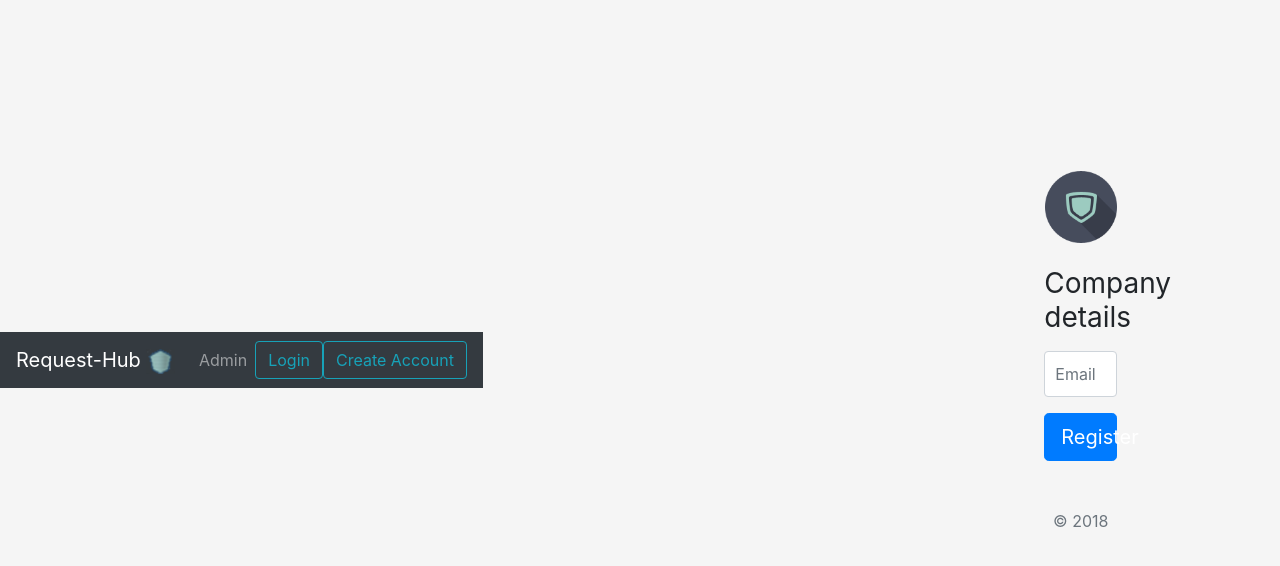
Repository: DonWhelan/Request-Hub
Page: http://localhost/newCompanyForm.php
The author's editor kept a record of every edit. The page is drawn from the files as they stood at one moment, then again after the next edit.
The browser window is 1280 px wide. The pictures show the whole page.
The page is run by PHP 8.4 with error messages shown; the project is at /var/www/html/.

Above is the page before.

After the next edit:
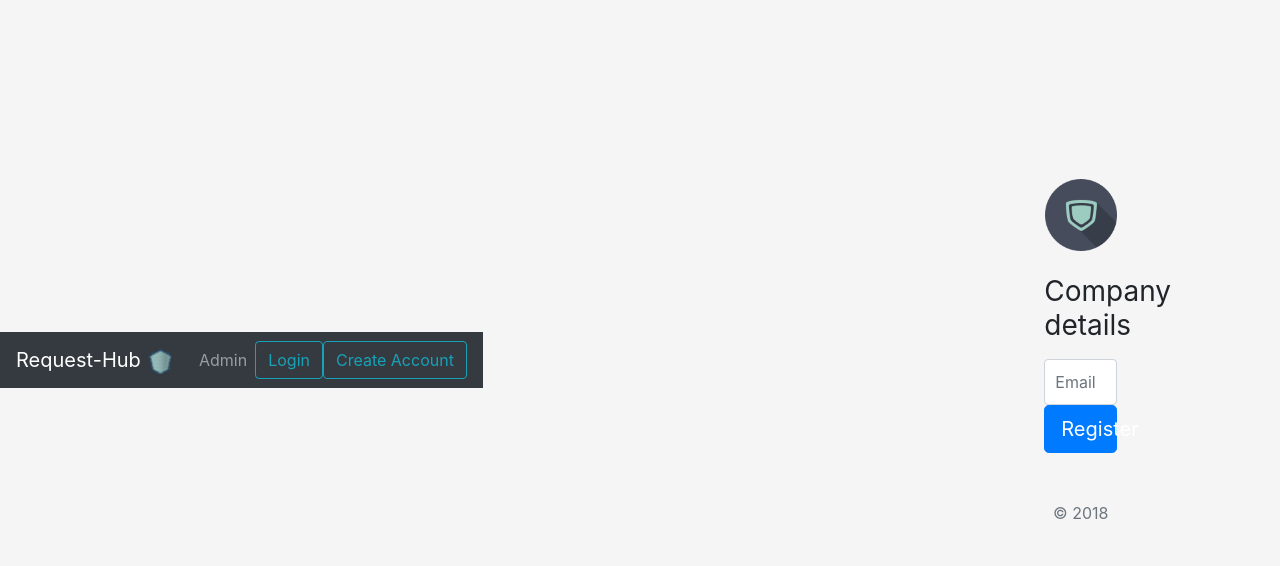
The edit:
--- a/newCompanyForm.php
+++ b/newCompanyForm.php
@@ -36,11 +36,7 @@
                     <form action="newUser.php" method="post" name="Login_Form" class="form-signin">
                         <img class="mb-4" src="assets/img/icons/services-1.png" alt="" width="72" height="72">
                         <h1 class="h3 mb-3 font-weight-normal">Company details</h1>
-                        <label for="inputEmail" class="sr-only">Email address</label>
                         <input type="text" class="form-control" name="email" placeholder="Email" required="" />
-
-                        <div class="checkbox mb-3">
-                        </div>
                         <button class="btn btn-lg btn-primary btn-block" type="submit" value="Login">Register</button>
                         <p class="mt-5 mb-3 text-muted">&copy; 2018</p>
                     </form>
